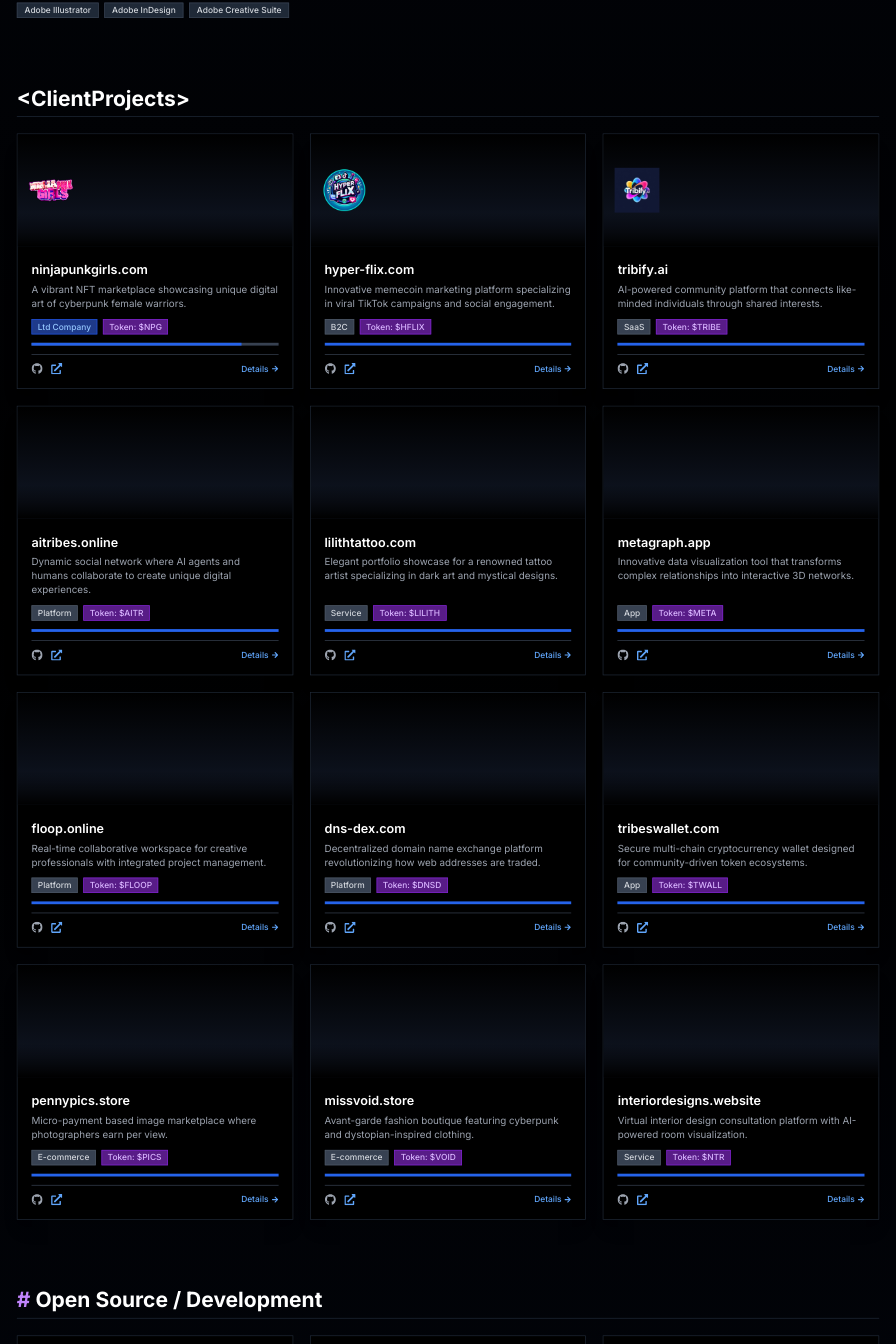
Repository: b0ase/rafskitchen
Page: /
These files come from the project's save history. The page is drawn as it stood at one moment and after the next save; the edit follows.
The browser window is 1280 px wide. The pictures show the part of the page from y = 1594 to 3514 px (the page is 4865 px tall), at 70% of full size.
The project was rebuilt for these pictures with package versions that can differ from the ones it lists, and the page was loaded fresh each time. The framework's server and built-in components were replaced by stand-ins that run in the browser. Also part of the build but not shown: next.config.js.

Above is the page before, as saved 2025-05-02 14:48:37.

After the next save:
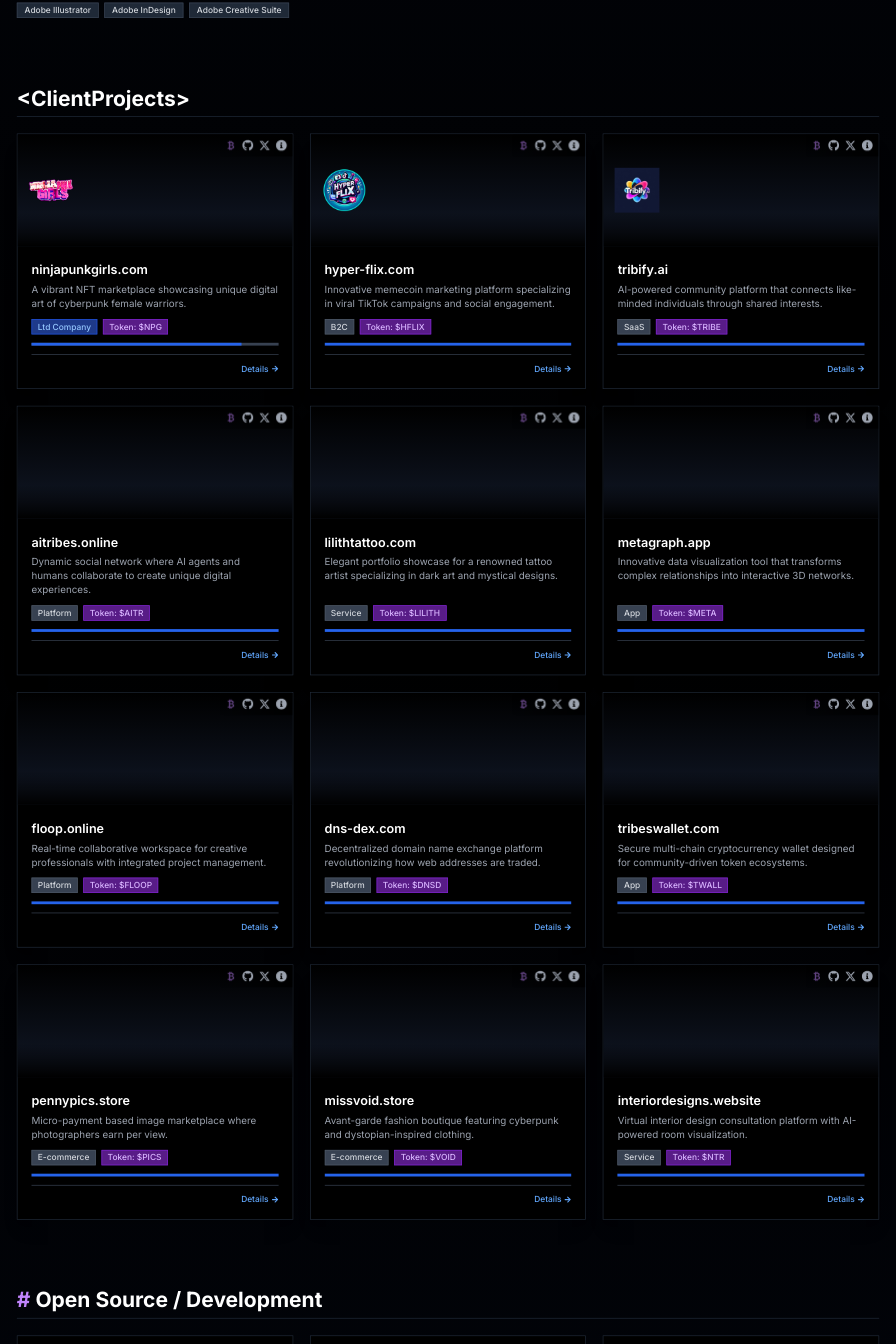
Saved 2 min 58 s later.
--- a/app/page.tsx
+++ b/app/page.tsx
@@ -131,6 +131,61 @@
                 onMouseEnter={() => setHoveredProjectId(project.id)}
                 onMouseLeave={() => setHoveredProjectId(null)}
               >
+                {/* Persistent Social Links Bar */}
+                <div className="absolute top-0 right-0 z-20 flex items-center gap-2 p-2 bg-gradient-to-l from-black/90 to-transparent">
+                  {project.tokenName && (
+                    <a
+                      href={project.tokenMarketUrl || '#'}
+                      target="_blank"
+                      rel="noopener noreferrer"
+                      className={`text-purple-400 hover:text-purple-300 transition-colors ${!project.tokenMarketUrl && 'opacity-50 cursor-not-allowed'}`}
+                      title={`View ${project.tokenName} Token`}
+                    >
+                      <BsCurrencyBitcoin size={16} />
+                    </a>
+                  )}
+                  {project.githubUrl && project.githubUrl !== '#' && (
+                    <a
+                      href={project.githubUrl}
+                      target="_blank"
+                      rel="noopener noreferrer"
+                      className="text-gray-400 hover:text-gray-300 transition-colors"
+                      title="View on GitHub"
+                    >
+                      <FaGithub size={16} />
+                    </a>
+                  )}
+                  {project.xUrl && project.xUrl !== '#' && (
+                    <a
+                      href={project.xUrl}
+                      target="_blank"
+                      rel="noopener noreferrer"
+                      className="text-gray-400 hover:text-gray-300 transition-colors"
+                      title="View on X"
+                    >
+                      <XIcon />
+                    </a>
+                  )}
+                  {project.notionUrl && project.notionUrl !== '#' && (
+                    <a
+                      href={project.notionUrl}
+                      target="_blank"
+                      rel="noopener noreferrer"
+                      className="text-gray-400 hover:text-gray-300 transition-colors"
+                      title="View Documentation"
+                    >
+                      <NotionIcon />
+                    </a>
+                  )}
+                  <a
+                    href={`mailto:${portfolioData.contact.email}?subject=Inquiry about ${project.title}`}
+                    className="text-gray-400 hover:text-gray-300 transition-colors"
+                    title="Contact About Project"
+                  >
+                    <FaInfoCircle size={16} />
+                  </a>
+                </div>
+
                 <div className="relative w-full h-40 bg-gradient-to-b from-black to-gray-900 dark:from-black dark:to-gray-900 flex items-center justify-start p-4">
                   <ProjectCardImage
                     imageUrls={project.cardImageUrls || []}
@@ -164,19 +219,7 @@
                       <div className="bg-blue-500 dark:bg-blue-600 h-1" style={{ width: `${project.tokenProgressPercent}%` }}></div>
                     </div>
                   )}
-                  <div className="mt-auto pt-3 border-t border-gray-100 dark:border-gray-700 flex items-center justify-between">
-                    <div className="flex space-x-3 items-center">
-                      {project.githubUrl && project.githubUrl !== '#' && (
-                        <a href={project.githubUrl} target="_blank" rel="noopener noreferrer" className="text-gray-500 dark:text-gray-400 hover:text-black dark:hover:text-white transition-colors" title="View Repository">
-                          <FaGithub size={16} />
-                        </a>
-                      )}
-                      {project.xUrl && project.xUrl !== '#' && (
-                        <a href={project.xUrl} target="_blank" rel="noopener noreferrer" className="text-blue-600 dark:text-blue-400 hover:text-blue-800 dark:hover:text-blue-300 transition-colors" title="Visit X Profile">
-                          <FaExternalLinkAlt size={16} />
-                        </a>
-                      )}
-                    </div>
+                  <div className="mt-auto pt-3 border-t border-gray-100 dark:border-gray-700 flex items-center justify-end">
                     <Link href={`/projects/${project.slug}`} className="text-xs text-blue-600 dark:text-blue-400 hover:text-blue-800 dark:hover:text-blue-300 font-medium inline-flex items-center">
                       Details <FaArrowRight className="ml-1" size={10}/>
                     </Link>
